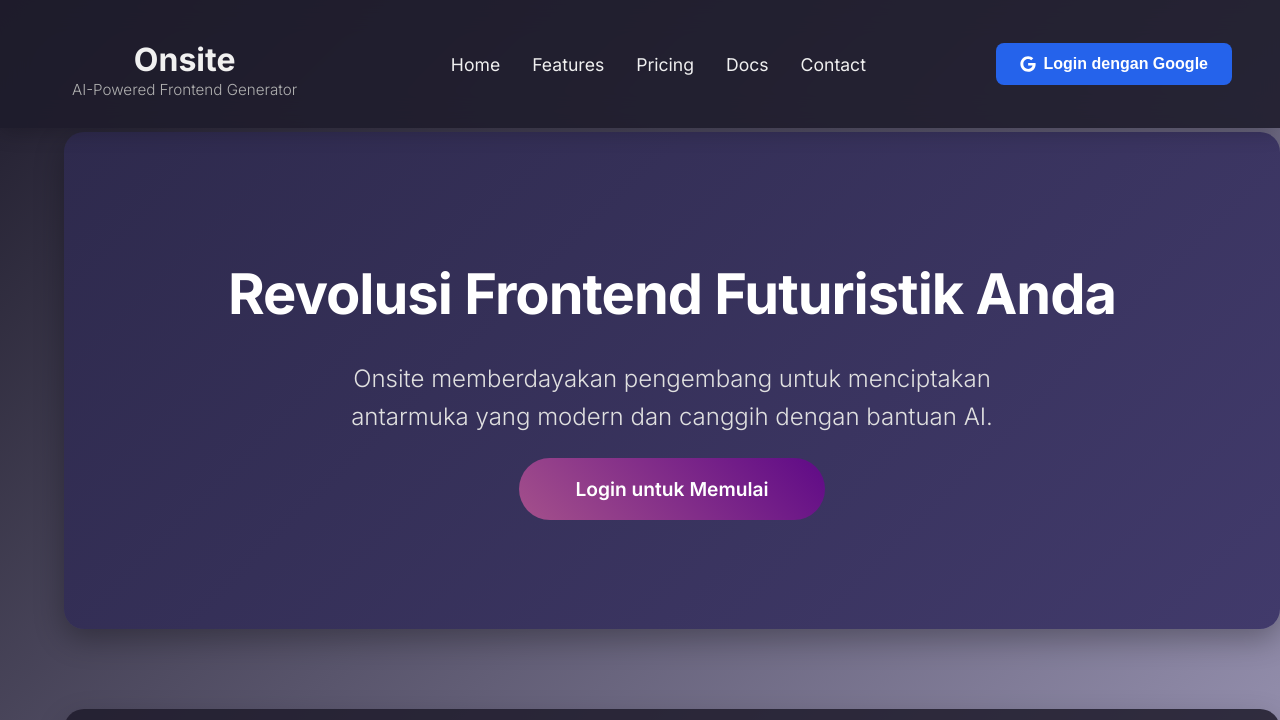
Repository: arifsoul/onsite
Page: / (app in onsite/)
An editor plug-in stored every save of this project. The page is shown before and after the next save, followed by the edit.
The browser window is 1280 px wide. The pictures show the whole page.
An inner scrolling area shows only its first screen. The project was rebuilt for these pictures with package versions that can differ from the ones it lists, and the page was loaded fresh each time. Also part of the build but not shown: onsite/vite.config.js, onsite/src/components/Editor/CSSPanel.jsx, onsite/src/components/Editor/JSPanel.jsx, onsite/src/components/Editor/ComponentEditor.css, onsite/src/components/Editor/ComponentEditor.jsx, onsite/src/components/Preview/LivePreview.css, onsite/src/components/Preview/LivePreview.jsx, onsite/src/pages/Editor.css and 3 more.

Above is the page before, as saved 2025-04-14 17:45:55.

After the next save:
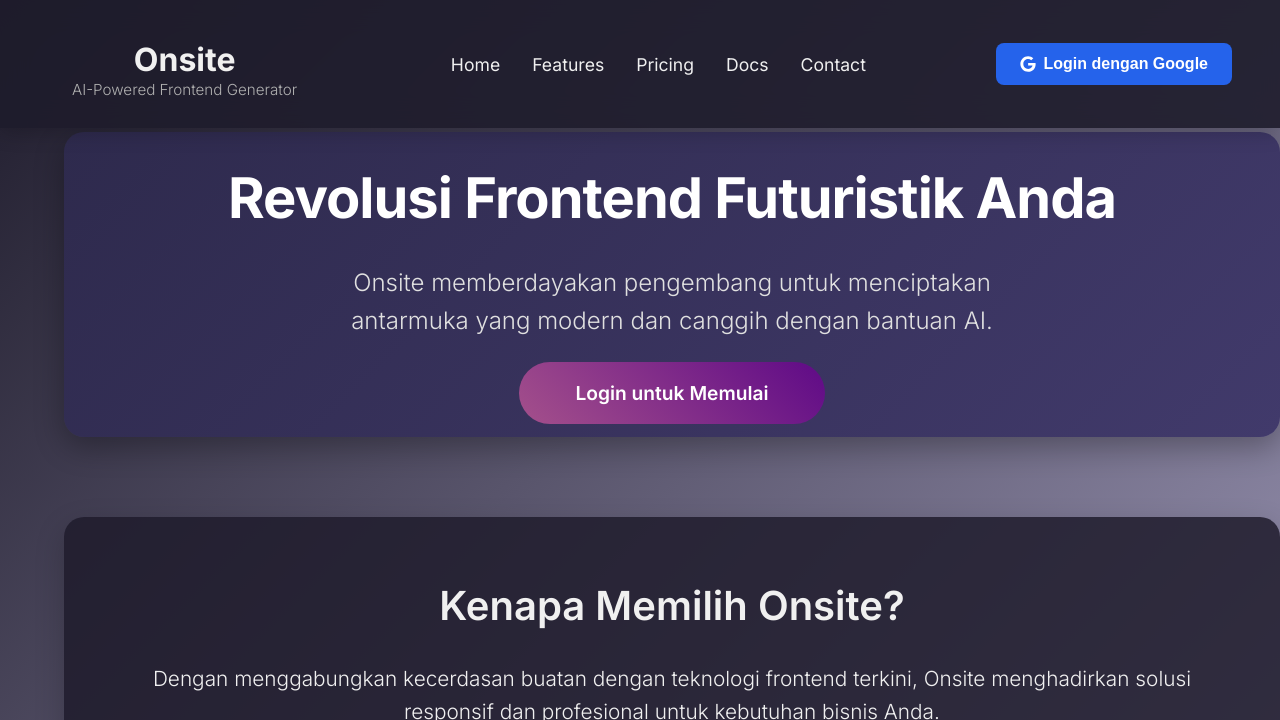
Saved 8 s later.
--- a/onsite/src/pages/Home.css
+++ b/onsite/src/pages/Home.css
@@ -73,7 +73,7 @@
 
 .hero-section {
   text-align: center;
-  padding: 8rem 2rem;
+  padding: 2rem 2rem;
   background: linear-gradient(135deg, #2e2a4d, #413a6b);
   border-radius: 20px;
   margin-bottom: 5rem;

After the save that followed:
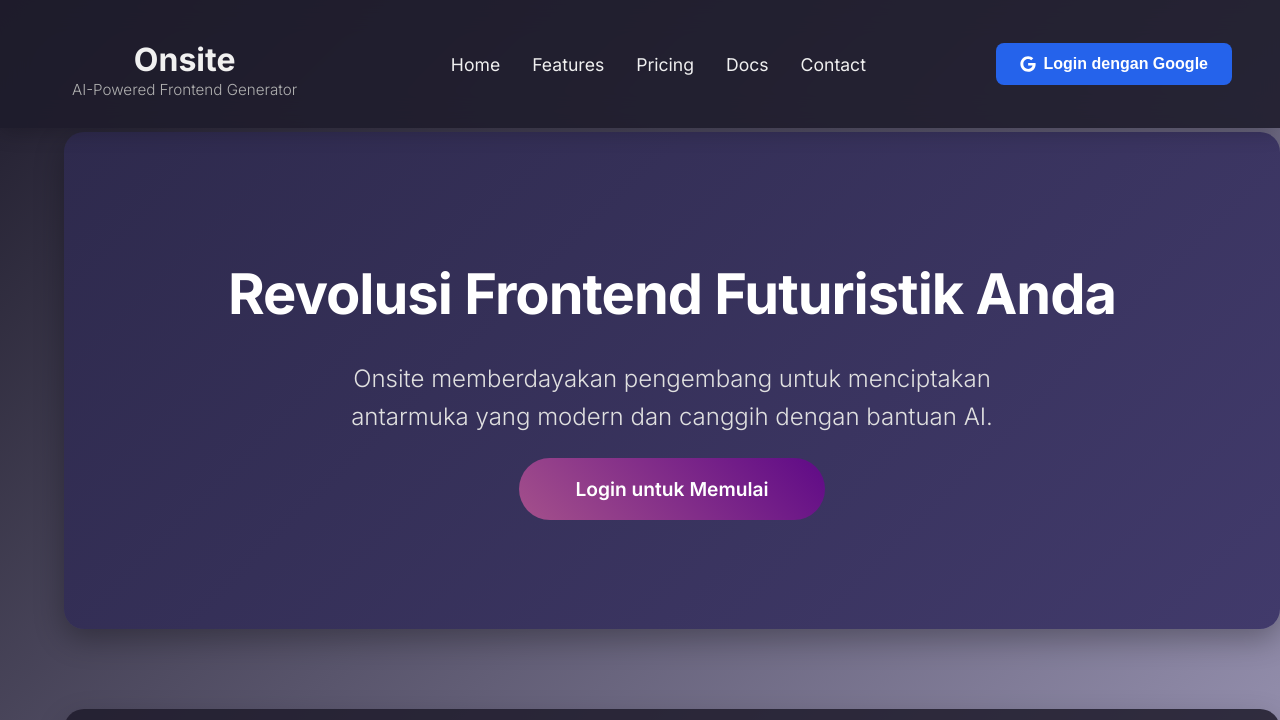
Saved 16 s later.
--- a/onsite/src/pages/Home.css
+++ b/onsite/src/pages/Home.css
@@ -73,7 +73,7 @@
 
 .hero-section {
   text-align: center;
-  padding: 2rem 2rem;
+  padding: 8rem 2rem;
   background: linear-gradient(135deg, #2e2a4d, #413a6b);
   border-radius: 20px;
   margin-bottom: 5rem;
